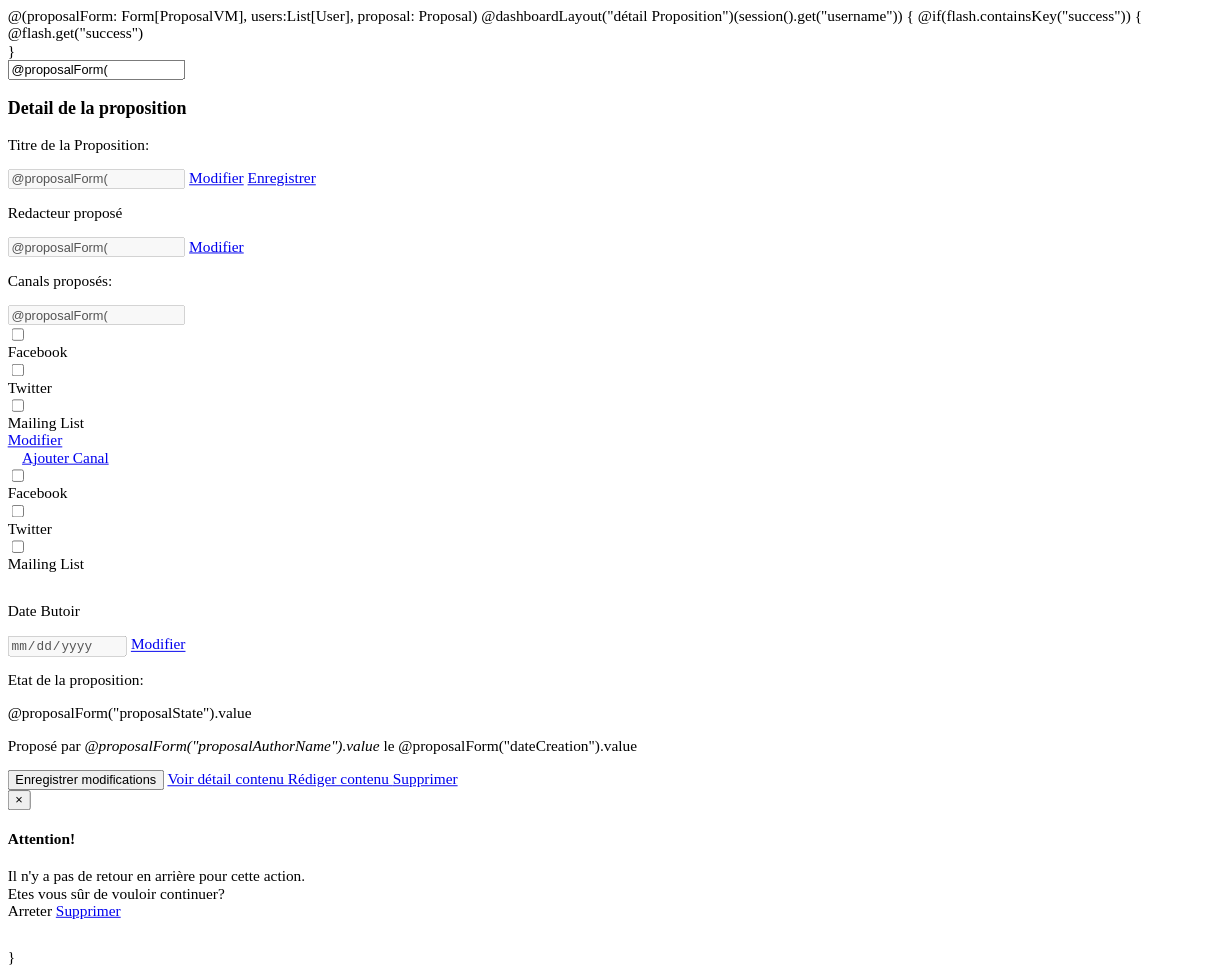
Repository: spirale-software/labo_master
Page: Application/oneDotCom/app/views/proposalDetail.scala.html
These files come from the project's save history. The page is drawn as it stood at one moment and after the next save; the edit follows.
The browser window is 1280 px wide. The pictures show the whole page, at 96% of full size.

Above is the page before, as saved 2017-04-16 01:08:57.

### Application/oneDotCom/app/views/proposalDetail.scala.html
@(proposalForm: Form[ProposalVM], users:List[User], proposal: Proposal)

@dashboardLayout("détail Proposition")(session().get("username")) {
	<meta content="text/html; charset=UTF-8" http-equiv="Content-Type">

	@if(flash.containsKey("success")) {
		<div class="alert alert-success" role="alert"> @flash.get("success") </div>
	}

	<form action="@routes.ProposalController.editProposalAction()" method="post" id="formId">

		 <input type="text" class="hidden" value="@proposalForm("idProposal").value"  name="@proposalForm("idProposal").name" >

	 <div class="panel panel-default detail-proposal-style">
                <div class="panel-heading">
                    <h3 class="panel-title">Detail de la proposition</h3>
                </div>
                <div class="panel-body">
                    <div class="panel panel-default" style="margin-top: 10px">
                        <div class="panel-body">
                            <p class="col-lg-3 col-md-3 ">Titre de la Proposition: </p>
                            <input type="text" class="col-lg-6 col-md-6" id="titleId" disabled
                            	value="@proposalForm("proposalName").value"  name="@proposalForm("proposalName").name">
                            <a class="col-lg-3 col-md-3 " href="#" onclick ="enabledTitleEdition()" id="idModifier">Modifier</a>
                            <a class="hidden" href="#" onclick ="saveTitle()" id="idSaveTitle">
                            	Enregistrer
                            </a>
                        </div>
                    </div>

                    <div class="panel panel-default">
                        <div class="panel-body">

                        	<p class="col-lg-3 col-md-3 ">Redacteur proposé </p>
                            <input type="text" class="col-lg-6 col-md-6" id="writerId" disabled value = "@proposalForm("proposedWriter").value"
                            	name = "@proposalForm("proposedWriter").name" list="suggestions">
                            <a class="col-lg-3 col-md-3 " href="#" onclick ="enabledWriterEdition()">Modifier</a>

                            <datalist id="suggestions">
                    			@for(user <- users) {
                    				<option value="@user.getUsername()   <<@user.getEmail()>>">
                    			}
                    </datalist>

                        </div>
                    </div>


                    <div class="panel panel-default">
                        <div class="panel-body">

                        	<p class="col-lg-3 col-md-3 ">Canals proposés: </p>
                            <input type="text" class="col-lg-6 col-md-6" id="channelsId" disabled
                            	value="@proposalForm("proposedChannels").value"  name="@proposalForm("proposedChannels").name">


                            <div class="row proposal-collapse col-lg-6 col-md-6 hidden" id="listChannels">

							    <div class="input-group">
							      <span class="input-group-addon">
							        <input type="checkbox" name="@proposalForm("facebookProposed").name">
							      </span>
							      <div class=" form-control well well-sm">Facebook</div>
							    </div><!-- /input-group -->

							    <div class="input-group">
							      <span class="input-group-addon">
							        <input type="checkbox" name="@proposalForm("twitterProposed").name">
							      </span>
							      <div class=" form-control well well-sm">Twitter</div>
							    </div><!-- /input-group -->

							    <div class="input-group">
							      <span class="input-group-addon">
							        <input type="checkbox" name="@proposalForm("mailingListProposed").name">
							      </span>
							      <div class=" form-control well well-sm">Mailing List</div>
							    </div><!-- /input-group -->

							</div><!-- /.row -->

                            <a class="col-lg-3 col-md-3" href="#" onclick ="enabledChannelsEdition()">Modifier</a>

                        </div>
                    </div>


                    <div class="panel panel-default">
                        <div class="panel-body" style="padding-bottom:15px">

                        	<a  role="button" data-toggle="collapse" href="#collapseExample" aria-expanded="false"
                        		aria-controls="collapseExample" style="margin-left:15px;">
  								Ajouter Canal
							</a>

							<div class="collapse" id="collapseExample">

  								<div class="input-group">
							      <span class="input-group-addon">
							        <input type="checkbox" name="@proposalForm("facebookAdded").name">
							      </span>
							      <div class=" form-control well well-sm">Facebook</div>
							    </div><!-- /input-group -->

							    <div class="input-group">
							      <span class="input-group-addon">
							        <input type="checkbox" name="@proposalForm("twitterAdded").name" >
							      </span>
							      <div class=" form-control well well-sm">Twitter</div>
							    </div><!-- /input-group -->

							    <div class="input-group">
							      <span class="input-group-addon">
							        <input type="checkbox" name="@proposalForm("mailingListAdded").name">
							      </span>
							      <div class=" form-control well well-sm">Mailing List</div>
							    </div><!-- /input-group -->
							</div>

                        </div>
                    </div>


                    <div class="panel panel-default">
                        <div class="panel-body">
                            <p class="col-lg-3 col-md-3 ">Date Butoir </p>
                            <input type="date" class="col-lg-6 col-md-6" id="dateId" disabled
                            	value="@proposalForm("deadLine").value"  name="@proposalForm("deadLine").name">
                            <a class="col-lg-3 col-md-3 " href="#" onclick ="enabledDateEdition()">Modifier</a>
                        </div>
                    </div>

                    <div class="panel panel-default">
                        <div class="panel-body">
                            <p class="col-lg-3 col-md-3 ">Etat de la proposition: </p>
                            <p class="col-lg-9 col-md-9">@proposalForm("proposalState").value</p>
                        </div>
                    </div>

                    <div class="panel panel-default">
                        <div class="panel-body">
                            <p>Proposé par <em class="text-primary">@proposalForm("proposalAuthorName").value</em>
                             	le @proposalForm("dateCreation").value</p>
                        </div>
                    </div>

                    <div style="margin-bottom: 30px">
	                	<button type="submit" class="btn btn-primary" name="action" value="edit">
	                		Enregistrer modifications
	                	</button>

	                     <a href="@routes.ProposalContentController.detailPropContAction(proposal.getIdProposal())" class="btn btn-primary" >
	                		Voir détail contenu
	                	</a>

	                	<a href="@routes.ProposalContentController.proposalContentAction(proposal.getIdProposal())" class="btn btn-primary">
	                		Rédiger contenu
	                	</a>

	               		<a href="#" class="btn btn-danger" name="action" value="delete"  id="sup"
	               			data-toggle="modal" data-target="#myModal">
	               			Supprimer
	               		</a>

	               		<!-- [Modal] -->
						<div class="modal fade" id="myModal" tabindex="-1" role="dialog" aria-labelledby="myModalLabel">
						  <div class="modal-dialog" role="document">
						    <div class="modal-content">
						      <div class="modal-header">
						        <button type="button" class="close" data-dismiss="modal" aria-label="Close"><span aria-hidden="true">&times;</span></button>
						        <h4 class="modal-title" id="myModalLabel">Attention!</h4>
						      </div>
						      <div class="modal-body">
						        Il n'y a pas de retour en arrière pour cette action.<br>
						        Etes vous sûr de vouloir continuer?
						      </div>
						      <div class="modal-footer">
						        <a type="button" class="btn btn-primary" data-dismiss="modal">Arreter</a>
						        <a href = "@routes.ProposalController.deleteProposalAction(proposalForm("idProposal").value)"
						        	type="button" class="btn btn-danger">Supprimer</a>
						      </div>
						    </div>
						  </div>
						</div>
						<!-- [/Modal] -->

                    </div>
                </div>
            </div>

            </form>

            <script>
            	function enabledTitleEdition() {
            		document.getElementById("titleId").disabled = false;

            		document.getElementById("idSaveTitle").hidden = false;
            		document.getElementById("idSaveTitle").className = "col-lg-3 col-md-3"

            		document.getElementById("idModifier").hidden = true;
            	}

            	function enabledWriterEdition() {
            		document.getElementById("writerId").disabled = false;
            	}

            	function enabledChannelsEdition() {
            		document.getElementById("channelsId").hidden = true;
            		document.getElementById("listChannels").className = "row proposal-collapse col-lg-6 col-md-6";
            	}

            	function enabledDateEdition() {
            		document.getElementById("dateId").disabled = false;
            	}

            	function saveTitle() {
            		document.getElementById("idSaveTitle").hidden = true;
            		document.getElementById("titleId").disabled = true;

            		document.getElementById("idModifier").hidden = false;
            		document.getElementById("idModifier").className = "col-lg-3 col-md-3";
            	}

            </script>




}

After the next save:
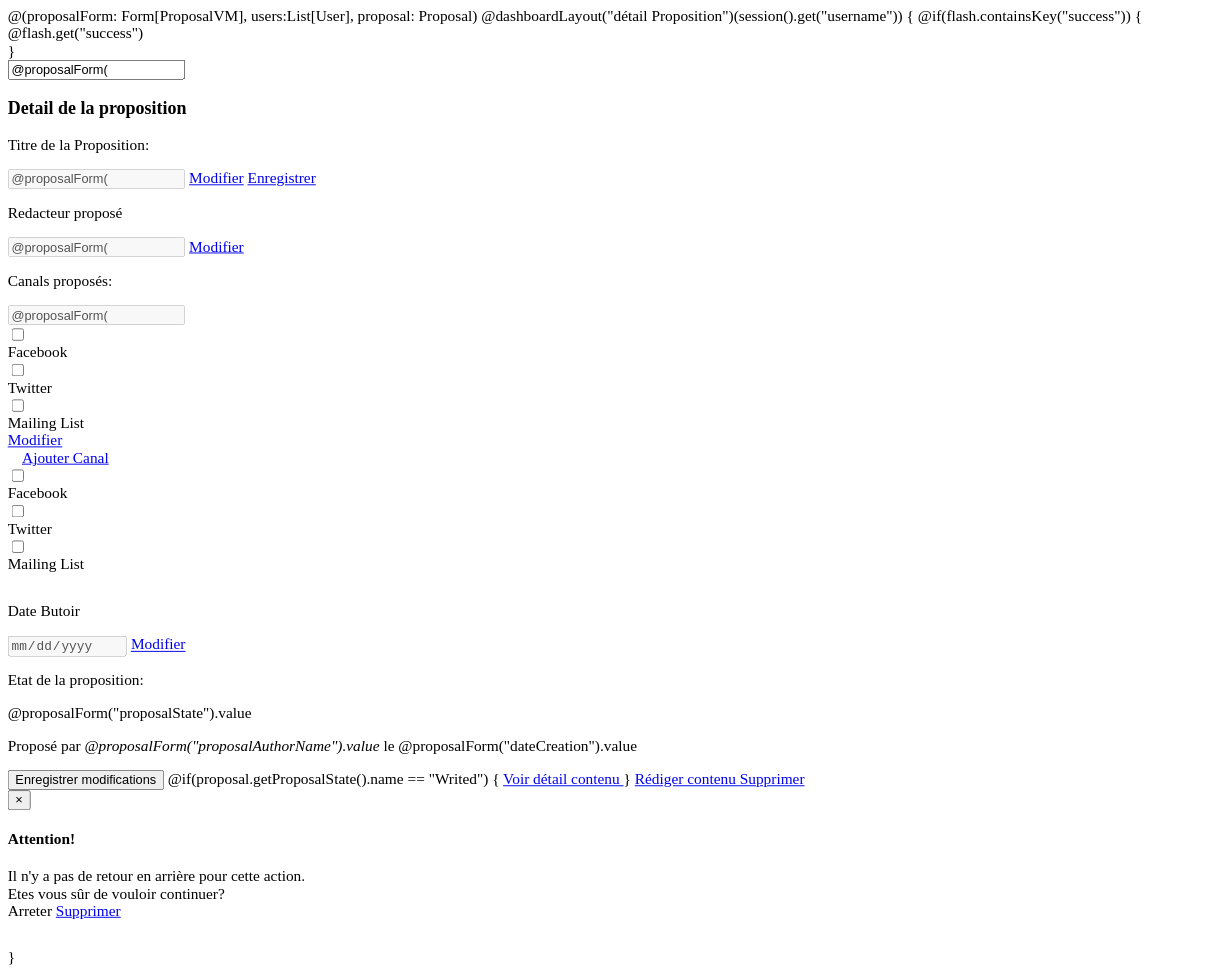
Saved 16 min 56 s later.
--- a/Application/oneDotCom/app/views/proposalDetail.scala.html
+++ b/Application/oneDotCom/app/views/proposalDetail.scala.html
@@ -149,9 +149,13 @@
 	                		Enregistrer modifications
 	                	</button>
 
-	                     <a href="@routes.ProposalContentController.detailPropContAction(proposal.getIdProposal())" class="btn btn-primary" >
-	                		Voir détail contenu
-	                	</a>
+	                	@if(proposal.getProposalState().name == "Writed") {
+	                		<a href="@routes.ProposalContentController.detailPropContAction(proposal.getIdProposal())" class="btn btn-primary" >
+	                			Voir détail contenu
+	                		</a>
+	                	}
+
+
 
 	                	<a href="@routes.ProposalContentController.proposalContentAction(proposal.getIdProposal())" class="btn btn-primary">
 	                		Rédiger contenu
